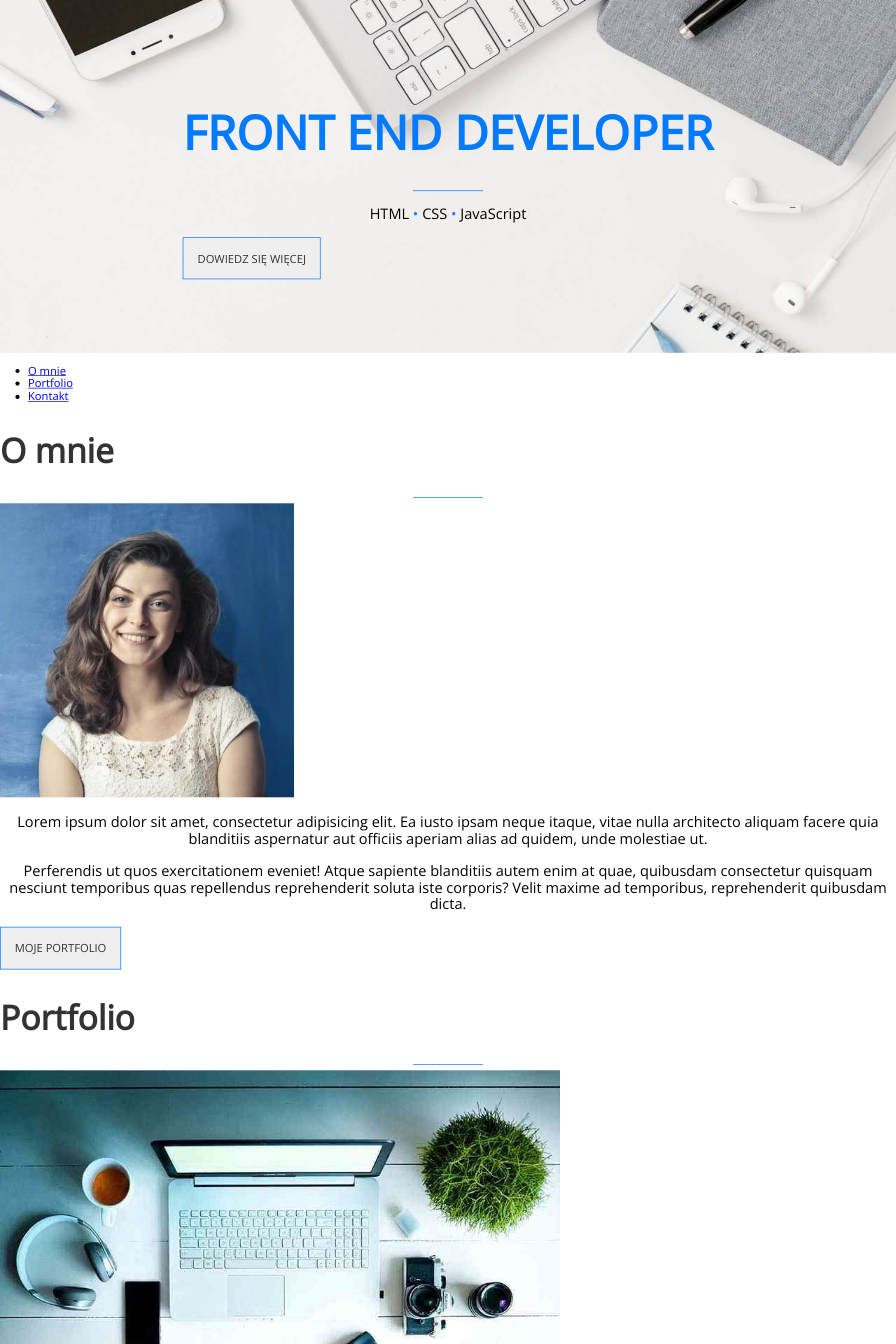
Repository: magdaf41/CSS
Page: zadanie_9/index.html
The author's editor kept a copy of each file at every save. The page is drawn from the files as they stood at one save, then again after the next save.
The browser window is 1280 px wide. The pictures show the part of the page from y = 0 to 1920 px (the page is 7864 px tall before and 7907 px after), at 70% of full size.

Above is the page before, as saved 2020-08-25 21:08:53.

### zadanie_9/index.html
<!DOCTYPE html>
<html lang="pl">

<head>
    <meta charset="UTF-8">
    <meta name="viewport" content="width=device-width, initial-scale=1.0">
    <title>Portfolio</title>
    <link rel="stylesheet" href="css/normalize.css">

    <link rel="stylesheet" href="https://cdnjs.cloudflare.com/ajax/libs/font-awesome/4.7.0/css/font-awesome.min.css">

    <link href="https://fonts.googleapis.com/css2?family=Open+Sans:wght@300;400&display=swap" rel="stylesheet">

    <link rel="stylesheet" href="css/style.css">
</head>

<body>

    <header id="main-header">
        <div class="header-content">
        <h1>Front end developer</h1>
        <hr>
        <p>HTML <span>&bull;</span> CSS <span>&bull;</span> JavaScript </p>
        <button class="button">Dowiedz się więcej</button>
    </div>
    </header>

    <nav>
        <ul>
            <li class="about"><a href="#about">O mnie </a> </li>
            <li class="portfolio"><a href="#portfolio">Portfolio</a></li>
            <li id="contact"><a href="#contact">Kontakt</a></li>
        </ul>
    </nav>

    <section id="about">
        <h2 class="title">O mnie</h2>
        <hr>
        <img src="img/about.jpg" alt="moje_zdjęcie">
        <p>Lorem ipsum dolor sit amet, consectetur adipisicing elit. Ea iusto ipsam neque itaque, vitae nulla architecto
            aliquam facere quia blanditiis aspernatur aut officiis aperiam alias ad quidem, unde molestiae ut.</p>
        <p>Perferendis ut quos exercitationem eveniet! Atque sapiente blanditiis autem enim at quae, quibusdam
            consectetur quisquam nesciunt temporibus quas repellendus reprehenderit soluta iste corporis? Velit maxime
            ad temporibus, reprehenderit quibusdam dicta.</p>
        <button class="button">Moje portfolio</button>

    </section>

    <section id="portfolio">
        <h2 class="title">Portfolio</h2>
        <hr>
        <img src="img/portfolio/photo-1.jpg" alt="photo-1">
        <img src="img/portfolio/photo-2.jpg" alt="photo-2">
        <img src="img/portfolio/photo-3.jpg" alt="photo-3">
        <img src="img/portfolio/photo-4.jpg" alt="photo-4">
        <img src="img/portfolio/photo-5.jpg" alt="photo-5">
        <img src="img/portfolio/photo-6.jpg" alt="photo-6">
        <img src="img/portfolio/photo-7.jpg" alt="photo-7">
        <img src="img/portfolio/photo-8.jpg" alt="photo-8">
        <img src="img/portfolio/photo-9.jpg" alt="photo-9">
        <img src="img/portfolio/photo-10.jpg" alt="photo-10">
        <img src="img/portfolio/photo-11.jpg" alt="photo-11">
        <img src="img/portfolio/photo-12.jpg" alt="photo-12">
    </section>

    <section id="contact"></section>
    <h2 class="title">Kontakt</h2>
    <hr>
    <form class="form">
        <input type="text" name="name" id="name" placeholder="Imię">
        <input type="email" name="email" id="email" placeholder="Email">
        <textarea name="message" id="message" placeholder="Wiadomość"></textarea>
        <button type="submit" class="button">Wyślij wiadomość</button>
    </form>

    <a href="#" class="fa fa-facebook"></a>
    <a href="#" class="fa fa-twitter"></a>

    <footer>
        <p>Copyright&copy; Magdalena Falkowska-Legieć
        <p></p>
    </footer>

</body>

</html>

### zadanie_9/css/style.css
* {
    box-sizing: border-box;
}

body {
    font-family: 'Open Sans', sans-serif;
}

/* Header style */

#main-header {
    height: 70vh;
    background-image: url(../img/header.jpg);
    background-size: cover;
    background-position: center;
    background-repeat: no-repeat;
    display: flex;
    align-items: center;
    justify-content: center;
}

hr {
    background-color: #007bff;
    width: 100px;
    height: 1px;
    border: none;
    padding: 0%;
}

h1 {
    font-size: 4.2em;
    color: #007bff;
    text-transform: uppercase;
}

p {
    font-size: 1.3em;
    text-align: center;
}

span {
    color: #007bff;
}

.button {
    text-transform: uppercase;
    color: #333;
    border: 1px solid #007bff;
    padding: 20px;
    display: inline-block;
    margin: 0 auto;
}

#header {
    color: #333;
}

.button {
    color: #333;
}

.skills {
    font-size: 1.3em;
}

.menu {
    font-size: 1.9em;
}

.title {
    font-size: 3em;
    color: #333;
}

Loaded but not shown: zadanie_9/css/normalize.css (library)

After the next save:
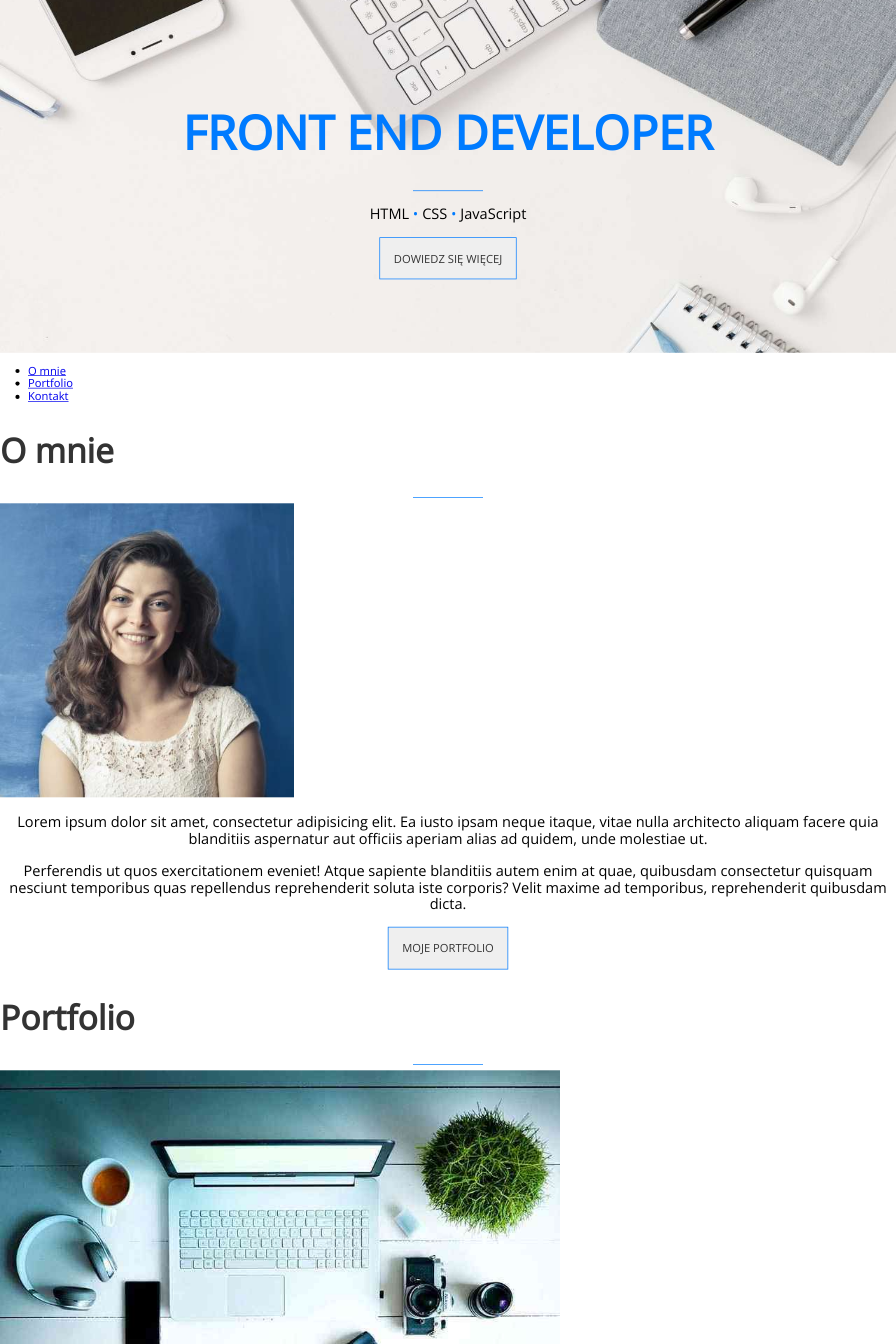
Saved 36 s later.
--- a/zadanie_9/css/style.css
+++ b/zadanie_9/css/style.css
@@ -47,8 +47,8 @@ span {
     color: #333;
     border: 1px solid #007bff;
     padding: 20px;
-    display: inline-block;
-    margin: 0 auto;
+    margin: auto;
+display: block;
 }
 
 #header {
